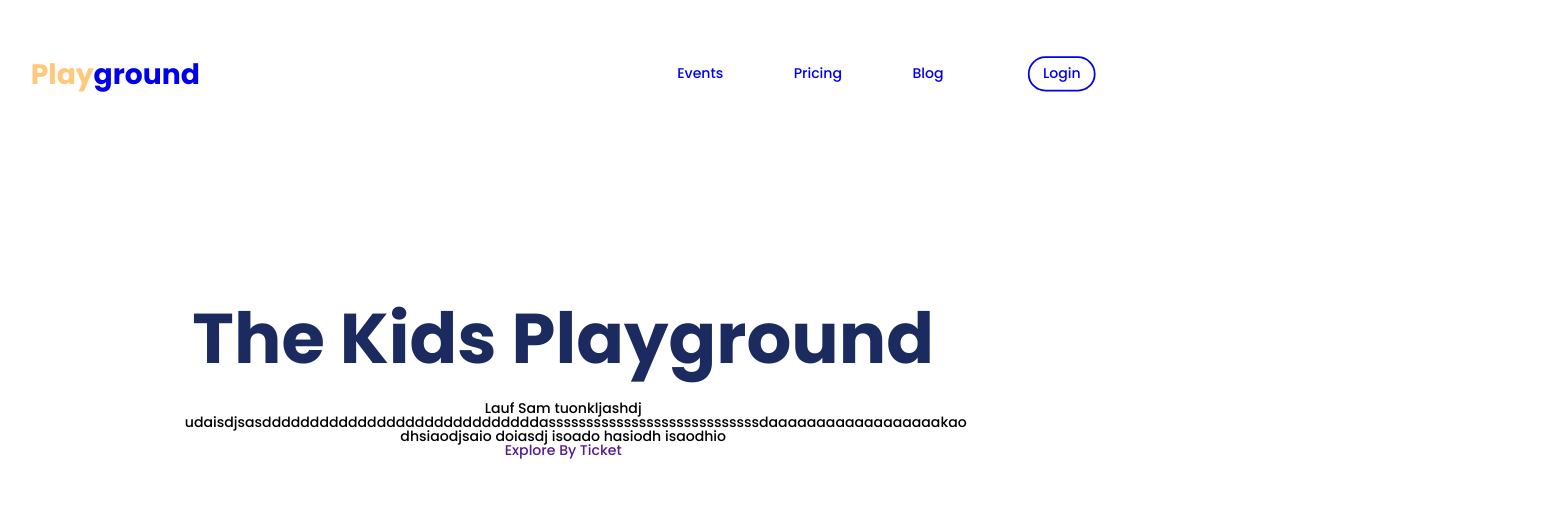
Repository: lausamtuong/Cut-psd-to-html
Page: index.html
These files come from the project's save history. The page is drawn as it stood at one moment and after a run of saves; the edit follows.
The browser window is 1280 px wide. The page is 1280 px wide, then 1779 px, so the pictures cover 1779 px, including what lies to the right of the window. The pictures show the whole page, at 88% of full size.
The style sheet was rebuilt from its Sass, Less or Tailwind sources for each picture, by a compiler version that may differ from the author's.

Above is the page before, as saved 2021-12-06 15:34:26.

After the next 8 saves:
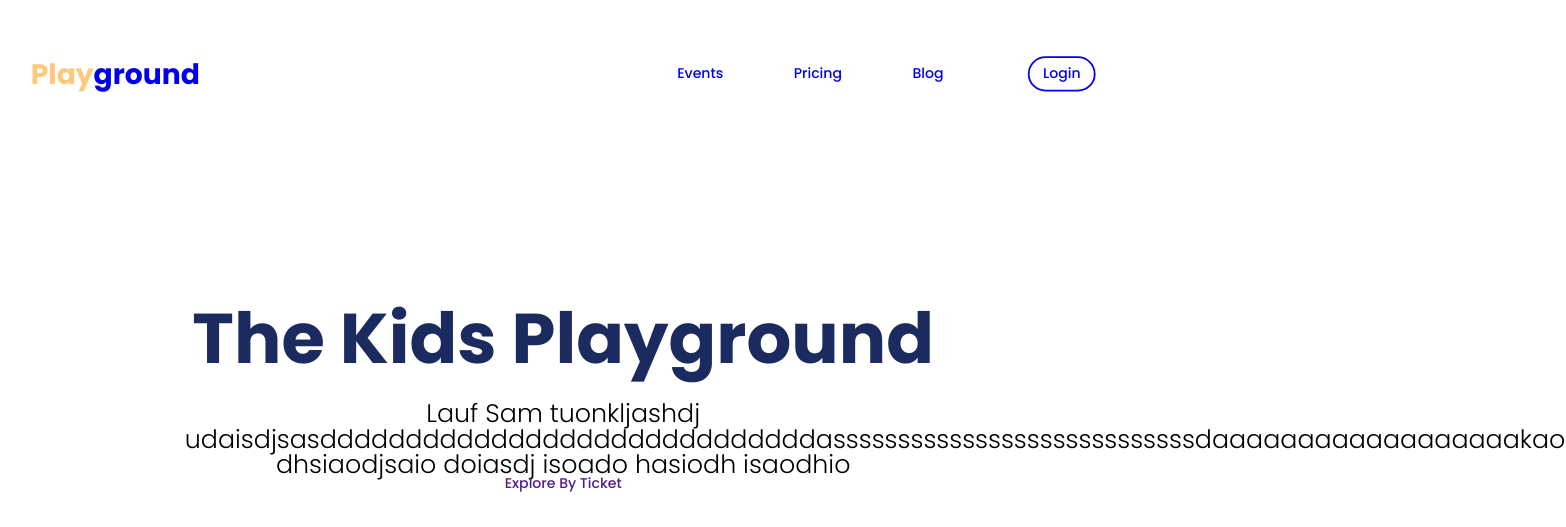
The 8 saves are shown as one change because they came seconds apart.
The last was saved 27 s later.
--- a/style.scss
+++ b/style.scss
@@ -64,4 +64,8 @@
         font-weight: 900;
         margin-bottom: 2rem;
     }
+    &__decs{
+        font-size: 1.8rem;
+        font-weight: 300;
+    }
 }
